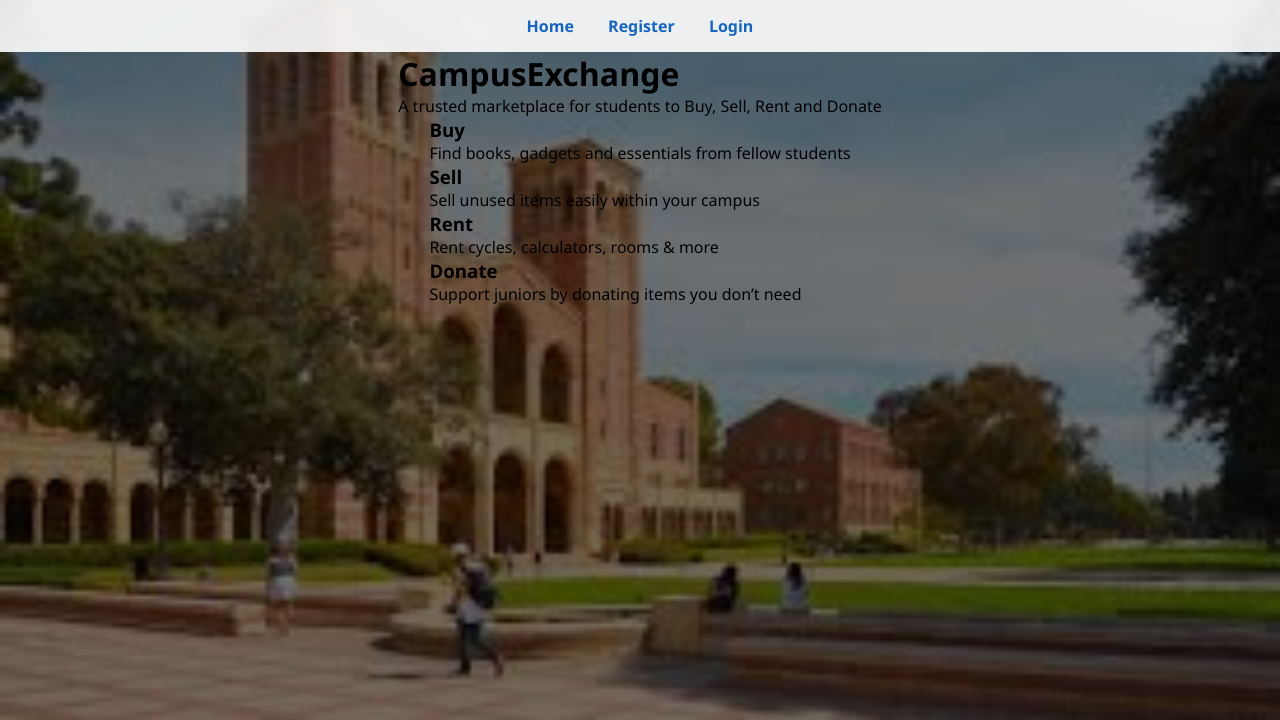
Repository: Sanjaya1822/Campus-Exchange
Page: http://localhost/CampusExchange/
An editor plug-in stored every save of this project. The page is shown before and after the next save, followed by the edit.
The browser window is 1280 px wide. The pictures show the whole page.
The page is served by Tomcat 9.

Above is the page before, as saved 2026-02-01 04:49:45.

After the next save:
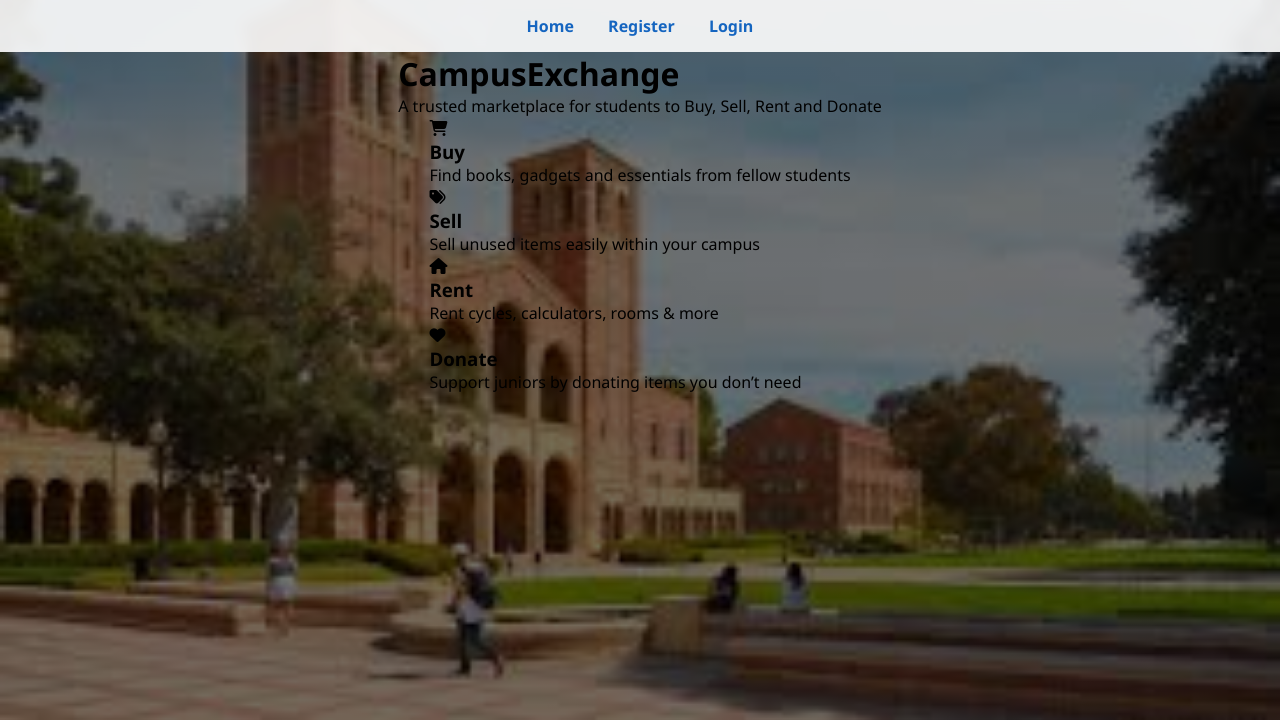
Saved 30 s later.
--- a/CampusExchange/src/main/webapp/index.jsp
+++ b/CampusExchange/src/main/webapp/index.jsp
@@ -4,6 +4,7 @@
 <head>
     <title>CampusExchange</title>
     <link rel="stylesheet" href="css/style.css">
+    <link rel="stylesheet" href="https://cdnjs.cloudflare.com/ajax/libs/font-awesome/6.5.0/css/all.min.css">
 
 </head>
 <body>
